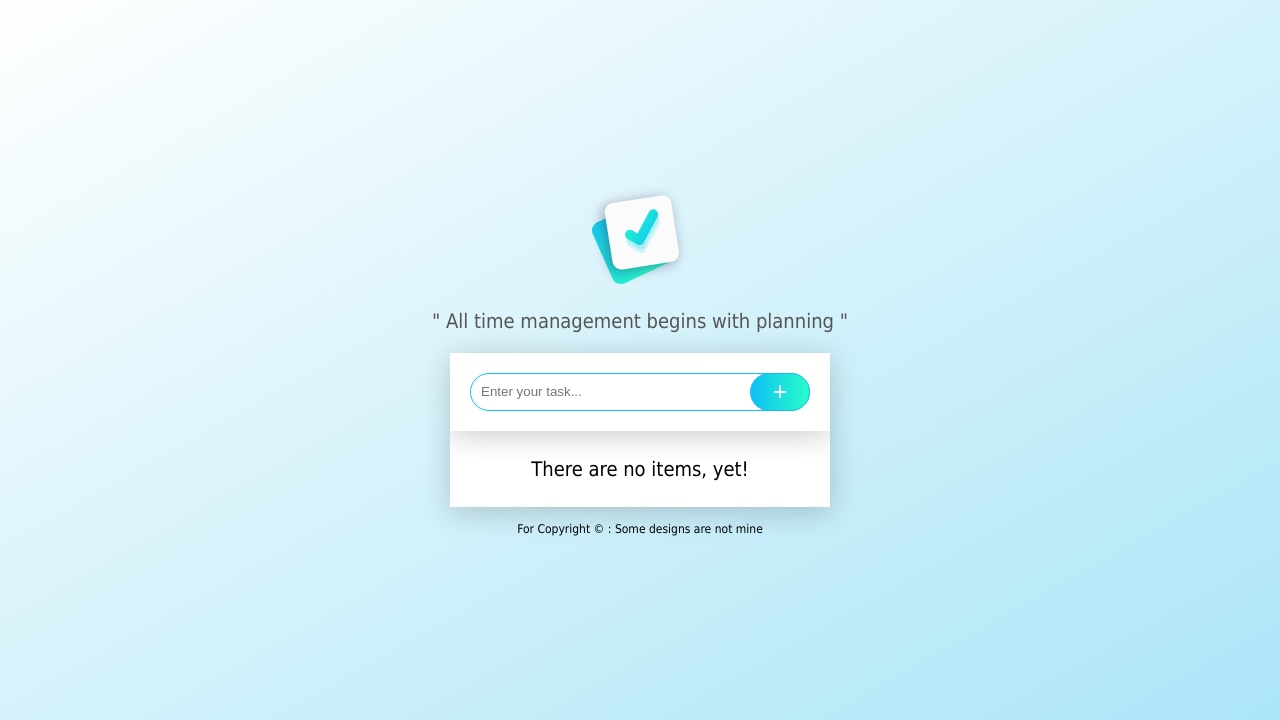
Repository: ahmedhamed15/React-Todo
Page: /
These files come from the project's save history. The page is drawn as it stood at one moment and after the next save; the edit follows.
The browser window is 1280 px wide. The pictures show the whole page.
The project was rebuilt for these pictures with package versions that can differ from the ones it lists, and the page was loaded fresh each time. Also part of the build but not shown: src/components/Todos/TodoItem/index.js.

Above is the page before, as saved 2021-07-27 02:32:11.

### src/index.js
import React from 'react';
import ReactDOM from 'react-dom';
import './index.scss';
import App from './App';

ReactDOM.render(<App />,document.getElementById('root'));

### src/index.scss
html {
  background-image: linear-gradient(to right bottom, #ffffff, #abe5f7);
  height: 100%;
  display: flex;
}
body {
  width: 100%;
  margin: auto;
  margin: 0;
  padding: 0;
  font-family: 'tahoma', arial;
}

#root {
  height: 100%;
}
.App {
  display: flex;
  flex-direction: column;
  justify-content: center;
  height: 100%;
}

/* width */
::-webkit-scrollbar {
  width: 5px;
}

/* Track */
::-webkit-scrollbar-track {
  background: #f1f1f1;
}

/* Handle */
::-webkit-scrollbar-thumb {
  background-image: linear-gradient(to bottom, #0FC0F5, #27FDC7);
}

/* Handle on hover */
::-webkit-scrollbar-thumb:hover {
  background-image: linear-gradient(to bottom, #27FDC7, #0FC0F5);
}

.copyright {
  text-align: center;
    font-size: 12px;
    margin-top: 15px;
}

### src/App.js
import MainLogo from "./components/MainLogo";
import Qoute from "./components/Qoute";
import TodoList from "./components/Todos/TodoList";

function App() {
  return (
    <section className="App">
      <MainLogo />
      <Qoute />
      <TodoList />
    </section>
  );
}

export default App;

### src/components/MainLogo/index.js
import "./style.scss"

const index = () => {
    return (
        <section className="main-logo">
            <svg width="100px" height="100px" viewBox="0 0 100 100" version="1.1" xmlns="http://www.w3.org/2000/svg" xmlnsXlink="http://www.w3.org/1999/xlink">
                <desc>Created with Sketch.</desc>
                <defs>
                <linearGradient x1="34.9523037%" y1="0%" x2="116.039609%" y2="115.484477%" id="linearGradient-1">
                    <stop stopColor="#27FDC7" offset="0%"></stop>
                    <stop stopColor="#0FC0F5" offset="100%"></stop>
                </linearGradient>
                <rect id="path-2" x="19.8783454" y="5.46149939" width="67.2578578" height="67.2008596" rx="8.99999976"></rect>
                <filter x="-35.7%" y="-28.3%" width="162.4%" height="162.5%" filterUnits="objectBoundingBox" id="filter-3">
                    <feOffset dx="-3" dy="2" in="SourceAlpha" result="shadowOffsetOuter1"></feOffset>
                    <feGaussianBlur stdDeviation="6.5" in="shadowOffsetOuter1" result="shadowBlurOuter1"></feGaussianBlur>
                    <feColorMatrix values="0 0 0 0 0.0296505968   0 0 0 0 0.0172602666   0 0 0 0 0.100446429  0 0 0 0.423177083 0" type="matrix" in="shadowBlurOuter1"></feColorMatrix>
                </filter>
                <linearGradient x1="0%" y1="0%" x2="115.291753%" y2="112.548614%" id="linearGradient-4">
                    <stop stopColor="#27FDC7" offset="0%"></stop>
                    <stop stopColor="#0FC0F5" offset="83.2001616%"></stop>
                    <stop stopColor="#27FDC7" offset="100%"></stop>
                </linearGradient>
                <path d="M40.2086259,6.21042694 C39.2480415,5.24152695 38.1027468,4.75708888 36.7727039,4.75708888 C35.4426658,4.75708888 34.3096854,5.24152695 33.3737297,6.21042694 L16.3049725,23.7622477 L12.0193093,19.3649757 C11.0833536,18.3960804 9.9503732,17.9116376 8.62033507,17.9116376 C7.29029269,17.9116376 6.14499751,18.3960804 5.1844131,19.3649757 C4.24845898,20.3338709 3.78048896,21.5077058 3.78048896,22.8865186 C3.78048896,24.2653314 4.24845898,25.4391663 5.1844131,26.4080615 L12.8690505,34.3082476 C13.8296349,35.2771428 14.9749296,35.7615833 16.3049725,35.7615833 C17.6350106,35.7615833 18.767991,35.2771428 19.7039467,34.3082476 L40.2086259,13.2535128 C41.1445816,12.2597758 41.61255,11.0797257 41.61255,9.71333379 C41.61255,8.34694665 41.1445816,7.17932216 40.2086259,6.21042694 Z" id="path-5"></path>
                <filter x="-51.5%" y="-62.9%" width="203.1%" height="225.8%" filterUnits="objectBoundingBox" id="filter-6">
                    <feOffset dx="0" dy="0" in="SourceAlpha" result="shadowOffsetOuter1"></feOffset>
                    <feGaussianBlur stdDeviation="6.5" in="shadowOffsetOuter1" result="shadowBlurOuter1"></feGaussianBlur>
                    <feColorMatrix values="0 0 0 0 1   0 0 0 0 1   0 0 0 0 1  0 0 0 0.588937953 0" type="matrix" in="shadowBlurOuter1"></feColorMatrix>
                </filter>
                </defs>
                <g id="Page-1" stroke="none" strokeWidth="1" fill="none" fillRule="evenodd">
                <g id="Artboard-2" transform="translate(-214.000000, -272.000000)">
                    <g id="Group-4" transform="translate(201.000000, 269.000000)">
                        <g id="Group-3" transform="translate(58.787474, 58.534712) rotate(-6.000000) translate(-58.787474, -58.534712) translate(5.642436, 5.434712)">
                            <g id="Group-2" transform="translate(52.899385, 53.035097) rotate(7.000000) translate(-52.899385, -53.035097) translate(5.609309, 5.785097)">
                            <path d="M20.0219734,15.1240886 L74.1829282,14.1930575 C79.1527566,14.1076258 83.2508546,18.0672116 83.3362864,23.03704 C83.3371726,23.0885978 83.3376158,23.1401624 83.3376158,23.1917278 L83.3376158,72.0429044 C83.3376158,76.9531616 79.4018358,80.9571794 74.4923039,81.0415747 L20.3313491,81.9726057 C15.3615207,82.0580374 11.2634227,78.0984516 11.1779909,73.1286232 C11.1771047,73.0770654 11.1766615,73.0255009 11.1766615,72.9739354 L11.1766615,24.1227589 C11.1766615,19.2125016 15.1124415,15.2084838 20.0219734,15.1240886 Z" id="Rectangle" fill="url(#linearGradient-1)" transform="translate(47.257139, 48.082832) scale(-1, -1) rotate(-25.000000) translate(-47.257139, -48.082832) "></path>
                            <g id="Rectangle" transform="translate(53.507274, 39.061929) rotate(-10.000000) translate(-53.507274, -39.061929) ">
                                <use fill="black" fillOpacity="1" filter="url(#filter-3)" xlinkHref="#path-2"></use>
                                <use fill="#FBFBFB" fillRule="evenodd" xlinkHref="#path-2"></use>
                            </g>
                            </g>
                        </g>
                        <g id="Group-5" transform="translate(43.000000, 26.000000)">
                            <path d="M41.1093892,10.5623533 C40.1488048,9.59345333 39.0035101,9.10901526 37.6734673,9.10901526 C36.3434291,9.10901526 35.2104488,9.59345333 34.274493,10.5623533 L17.2057358,28.1141741 L12.9200727,23.716902 C11.9841169,22.7480068 10.8511366,22.263564 9.52109843,22.263564 C8.19105605,22.263564 7.04576086,22.7480068 6.08517646,23.716902 C5.14922234,24.6857973 4.68125232,25.8596322 4.68125232,27.238445 C4.68125232,28.6172578 5.14922234,29.7910927 6.08517646,30.7599879 L13.7698139,38.660174 C14.7303983,39.6290692 15.875693,40.1135096 17.2057358,40.1135096 C18.535774,40.1135096 19.6687543,39.6290692 20.6047101,38.660174 L41.1093892,17.6054392 C42.045345,16.6117022 42.5133134,15.4316521 42.5133134,14.0652602 C42.5133134,12.698873 42.045345,11.5312485 41.1093892,10.5623533 Z" id="Page-1" fill="url(#linearGradient-4)" opacity="0.3" transform="translate(23.597283, 24.611262) rotate(-16.000000) translate(-23.597283, -24.611262) "></path>
                            <path d="M42.0101526,14.2623533 C41.0495682,13.2934533 39.9042735,12.8090153 38.5742306,12.8090153 C37.2441925,12.8090153 36.1112121,13.2934533 35.1752564,14.2623533 L18.1064992,31.8141741 L13.820836,27.416902 C12.8848803,26.4480068 11.7518999,25.963564 10.4218618,25.963564 C9.09181941,25.963564 7.94652422,26.4480068 6.98593982,27.416902 C6.78271177,27.6272827 6.60154798,27.8473258 6.4424483,28.0770317 C5.8688243,28.9052219 5.58201568,29.8590202 5.58201568,30.938445 C5.58201568,32.3172578 6.04998569,33.4910927 6.98593982,34.4599879 L14.6705772,42.360174 C15.6311616,43.3290692 16.7764563,43.8135096 18.1064992,43.8135096 C19.4365373,43.8135096 20.5695177,43.3290692 21.5054734,42.360174 L42.0101526,21.3054392 C42.9461083,20.3117022 43.4140767,19.1316521 43.4140767,17.7652602 C43.4140767,16.398873 42.9461083,15.2312485 42.0101526,14.2623533 Z" id="Page-1" fill="url(#linearGradient-4)" opacity="0.2" transform="translate(24.498046, 28.311262) rotate(-16.000000) translate(-24.498046, -28.311262) "></path>
                            <g id="Page-1" transform="translate(22.696519, 20.259336) rotate(-16.000000) translate(-22.696519, -20.259336) ">
                            <use fill="black" fillOpacity="1" filter="url(#filter-6)" xlinkHref="#path-5"></use>
                            <use fill="url(#linearGradient-4)" fillRule="evenodd" xlinkHref="#path-5"></use>
                            </g>
                        </g>
                    </g>
                </g>
                </g>
            </svg>
        </section>
    )
}

export default index

### src/components/Qoute/index.js
import React, {useState} from "react";
import "./style.scss";

const Index = () => {

    const [quotes, setQuotes] = useState([
        'Organize your time',
        'Time is precious 🕐',
        'Why you are waiting!, Do it now 🙂',
        'Plans are nothing, Planning is everything 👌',
        'All time management begins with planning',
        'Focus on being productive instead of busy'
    ]);


    return (
        <section className="qoute">
            <blockquote> { quotes[Math.floor(Math.random()*quotes.length)] } </blockquote>
        </section>
    )
}

export default Index

### src/components/Todos/TodoList/index.js
import React, {useState} from 'react';
import TodoItem from "../TodoItem";
import TodoFrom from "../TodoForm";
import "./style.scss"

const Index = () => {

    // Main State
    const [state, setState] = useState({
        tasks: localStorage.getItem('tasks') ? JSON.parse(localStorage.getItem('tasks')) : [],
        error: ''
    });

    // Add A New Item
    const addNewItem = (title) => {
        if (title.trim() !== '') {
            let newItems = {
                    id: Math.random(),
                    title,
                    done: false
                };
            setState({
                tasks: [...state.tasks, newItems],
                error: ''
            });
            localStorage.setItem('tasks', JSON.stringify([...state.tasks, newItems]));
        } else {
            setState({
                tasks: [...state.tasks],
                error: "You must add real value!"
            });
            localStorage.setItem('tasks', JSON.stringify([...state.tasks]));
        }
    }

    // Set Item State
    const setItemState = (id) => {
        let curItems = [...state.tasks],
            newItems = curItems.map( (item) => {
                if (item.id === id) {
                    item.done = !item.done;
                    return item;
                }
                return item;
            });
        setState({
            tasks: newItems,
            error: ''
        });
        localStorage.setItem('tasks', JSON.stringify(newItems));
    }

    // Delete an Item
    const deleteItem = (id) => {
        let curItems = [...state.tasks],
            newItems = curItems.filter( (item) => item.id !== id);
        setState({
            tasks: newItems,
            error: ''
        });
        localStorage.setItem('tasks', JSON.stringify(newItems));
    }

    return (
        <section className="todos-list">

            {/* General SVG code for checkbox */}
            <svg viewBox="0 0 0 0" style={ {position: 'absolute', zIndex: '-1', opacity: '0'} }>
                <defs>
                <linearGradient id="boxGradient" gradientUnits="userSpaceOnUse" x1="0" y1="0" x2="25" y2="25">
                    <stop offset="0%"   stopColor="#27FDC7"/>
                    <stop offset="100%" stopColor="#0FC0F5"/>
                </linearGradient>

                <linearGradient id="lineGradient">
                    <stop offset="0%"    stopColor="#0FC0F5"/>
                    <stop offset="100%"  stopColor="#27FDC7"/>
                </linearGradient>

                <path id="todo__line" stroke="url(#lineGradient)" d="M21 12.3h168v0.1z"></path>
                <path id="todo__box" stroke="url(#boxGradient)" d="M21 12.7v5c0 1.3-1 2.3-2.3 2.3H8.3C7 20 6 19 6 17.7V7.3C6 6 7 5 8.3 5h10.4C20 5 21 6 21 7.3v5.4"></path>
                <path id="todo__check" stroke="url(#boxGradient)" d="M10 13l2 2 5-5"></path>
                <circle id="todo__circle" cx="13.5" cy="12.5" r="10"></circle>
                </defs>
            </svg>


            {/* Todo From */}
            <TodoFrom addNewItem={addNewItem} errorMsg={state.error} />

            {/* Todos List */}
            <div className="todo-list">
                {/* { state.error !== '' && (<div className="todo"> {state.error} </div>) } */}
                { state.tasks.length > 0 ? state.tasks.map( (item) => <TodoItem key={item.id} task={item} setItemState={setItemState} deleteItem={deleteItem} /> ) : (<div className="no-result"> There are no items, yet! </div>) }
            </div>
            <article className="copyright"> For Copyright &copy; : Some designs are not mine </article>

        </section>
    )
}

export default Index

### src/components/MainLogo/style.scss
.main-logo {
    text-align: center;
}

### src/components/Qoute/style.scss
.qoute {
    text-align: center;
    blockquote {
        font: {
            size: 20px;
            family: 'tahoma', arial;
            weight: 500;
        }
        color: #555;
        &::after,
        &::before {
            content: ' " ';
        }
    }
}

### src/components/Todos/TodoForm/index.js
import React, {useState} from "react";
import "./style.scss";

const Index = ({ addNewItem, errorMsg }) => {

    // Init Value
    const [state, setState] = useState('');

    // Submit Handle
    const submitHandle = (e) => {
        e.preventDefault();
        addNewItem(e.target.title.value);
        setState('');
    }

    return (
        <form className="todo-form" onSubmit={submitHandle}>
            <input type="text" className="todo-form__input-type" name="title" placeholder="Enter your task..." onChange={(e) => setState(e.target.value)} value={state} />
            <button type="submit" className="todo-form__button-type"> + </button>
            {errorMsg !== '' && (<div className="error-message"> {errorMsg} </div>)}
        </form>
    )
}

export default Index

### src/components/Todos/TodoList/style.scss
.todo-list {
    background: #FFF;
    font-size: 20px;
    max-width: 17em;
    margin: auto;
    padding: 0.5em 1em;
    box-shadow: 0 5px 30px rgba(0, 0, 0, 0.2);
    max-height: 345px;
    overflow-y: auto;
    overflow-x: hidden;
    direction: rtl;
}

### src/components/Todos/TodoItem/style.scss
  .todo {
    display: block;
    position: relative;
    padding: 1em 0.3em 1em 16%;
    margin: 0 auto;
    cursor: pointer;
    direction: ltr;
  }
  .no-result {
    padding: 1rem;
    text-align: center;
    direction: ltr;
  }
  .todo:last-child {
    border-bottom: none;
  }
  .todo__state {
    position: absolute;
    top: 0;
    left: 0;
    opacity: 0;
  }
  .todo__text {
    color: #135156;
    transition: all 0.4s linear 0.4s;
    padding-left: 0;
    text-align: left;
    word-break: break-word;
  }
  .todo__icon {
    position: absolute;
    top: 0;
    bottom: 0;
    left: 0;
    width: 100%;
    height: auto;
    margin: auto;
    fill: none;
    stroke: #27FDC7;
    stroke-width: 2;
    stroke-linejoin: round;
    stroke-linecap: round;
    z-index: 999;
  }
  .todo__line,
  .todo__box,
  .todo__check {
    transition: stroke-dashoffset 0.8s cubic-bezier(0.9, 0, 0.5, 1);
  }
  .todo__circle {
    stroke: #27FDC7;
    stroke-dasharray: 1 6;
    stroke-width: 0;
    transform-origin: 13.5px 12.5px;
    transform: scale(0.4) rotate(0deg);
    -webkit-animation: none 0.8s linear;
            animation: none 0.8s linear;
  }
  @-webkit-keyframes explode {
    30% {
      stroke-width: 3;
      stroke-opacity: 1;
      transform: scale(0.8) rotate(40deg);
    }
    100% {
      stroke-width: 0;
      stroke-opacity: 0;
      transform: scale(1.1) rotate(60deg);
    }
  }
  @keyframes explode {
    30% {
      stroke-width: 3;
      stroke-opacity: 1;
      transform: scale(0.8) rotate(40deg);
    }
    100% {
      stroke-width: 0;
      stroke-opacity: 0;
      transform: scale(1.1) rotate(60deg);
    }
  }
  .todo__box {
    stroke-dasharray: 56.1053, 56.1053;
    stroke-dashoffset: 0;
    transition-delay: 0.16s;
  }
  .todo__check {
    stroke: #27FDC7;
    stroke-dasharray: 9.8995, 9.8995;
    stroke-dashoffset: 9.8995;
    transition-duration: 0.32s;
  }
  .todo__line {
    stroke-dasharray: 168, 1684;
    stroke-dashoffset: 168;
  }
  .todo__circle {
    -webkit-animation-delay: 0.56s;
            animation-delay: 0.56s;
    -webkit-animation-duration: 0.56s;
            animation-duration: 0.56s;
  }
  .todo__state:checked ~ .todo__text {
    transition-delay: 0s;
    color: #5EBEC1;
    opacity: 0.6;
  }
  .todo__state:checked ~ .todo__icon .todo__box {
    stroke-dashoffset: 56.1053;
    transition-delay: 0s;
  }
  .todo__state:checked ~ .todo__icon .todo__line {
    stroke-dashoffset: -8;
  }
  .todo__state:checked ~ .todo__icon .todo__check {
    stroke-dashoffset: 0;
    transition-delay: 0.48s;
  }
  .todo__state:checked ~ .todo__icon .todo__circle {
    -webkit-animation-name: explode;
            animation-name: explode;
  }
  .todo-item {
    position: relative;
    margin-right: 30px;
    &:not(:last-child) {
      .todo {
        border-bottom: solid 1px #ddd;
      }
    }
  }
  .todo__delete-btn {
    color: red;
    font: {
      size: 19px;
      weight: bold
    };
    position: absolute;
    top: 50%;
    right: -25px;
    transform: translateY(-50%);
    background-image: linear-gradient(to right, #0FC0F5, #27FDC7);
    width: 25px;
    height: 25px;
    text-align: center;
    border-radius: 50%;
    cursor: pointer;
  }

### src/components/Todos/TodoForm/style.scss
.todo-form {
    background: #FFF;
    font-size: 20px;
    max-width: 17em;
    margin: auto;
    padding: 1em;
    box-shadow: 0 5px 30px rgba(0, 0, 0, 0.2);
    display: flex;
    position: relative;
    flex-wrap: wrap;
    .todo-form__input-type,
    .todo-form__button-type {
        height: 30px;
        border: 1px solid #0FC0F5;
    }
    .todo-form__input-type {
        width: 100%;
        padding: 3px 10px;
        border-radius: 30px;
        padding-right: 65px;
        &:focus {
            outline: 0;
        }
    }
    .todo-form__button-type {
        border-radius: 30px;
        width: 60px;
        height: 38px;
        background: none;
        color: #FFF;
        cursor: pointer;
        position: absolute;
        right: 0.8em;
        background-image: linear-gradient(to right, #0FC0F5, #27FDC7);
        border: 1px solid #0FC0F5;
        top: 20px;
        font: {
            size: 25px;
        }
        &:focus {
            outline: 0;
        }
    }
}
.error-message {
    width: 100%;
    text-align: center;
    font-size: 15px;
    color: red;
    margin-top: 10px;
}

Loaded but not shown: public/index.html (common file)

After the next save:
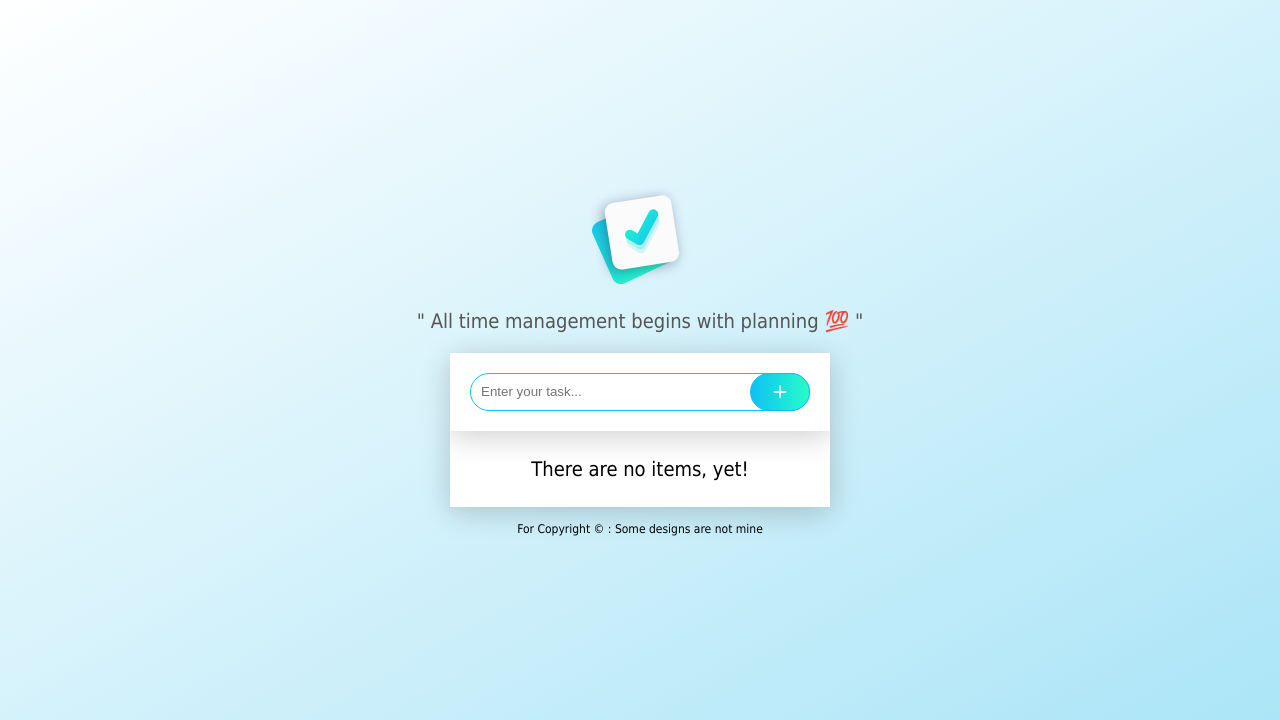
Saved 66 s later.
--- a/src/components/Qoute/index.js
+++ b/src/components/Qoute/index.js
@@ -8,7 +8,7 @@ const Index = () => {
         'Time is precious 🕐',
         'Why you are waiting!, Do it now 🙂',
         'Plans are nothing, Planning is everything 👌',
-        'All time management begins with planning',
+        'All time management begins with planning 💯',
         'Focus on being productive instead of busy'
     ]);
 
